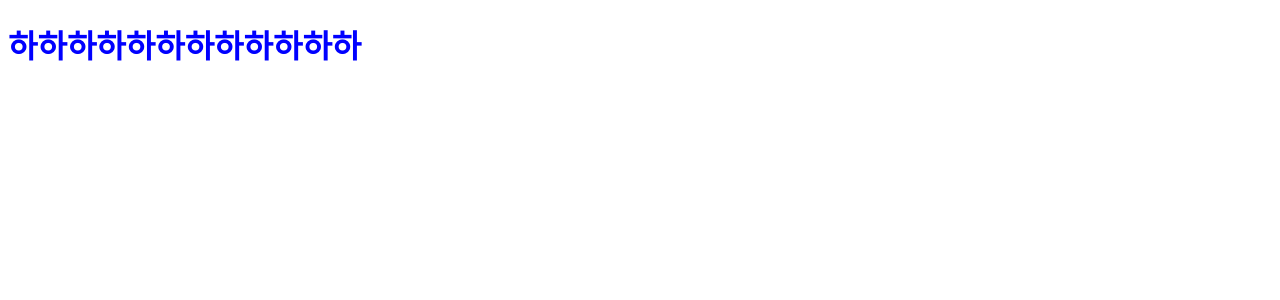
Repository: jun01270/F-E-practice
Page: index.html
The author's editor kept a copy of each file at every save. The page is drawn from the files as they stood at one save, then again after the next save.
The browser window is 1280 px wide. The pictures show the whole page.
After loading, the first visible `#laugh` was clicked once.

Above is the page before, as saved 2022-12-12 18:48:52.

### index.html
<!DOCTYPE html>
<html lang="en">
  <head>
    <meta charset="UTF-8" />
    <meta http-equiv="X-UA-Compatible" content="IE=edge" />
    <meta name="viewport" content="width=device-width, initial-scale=1.0" />
    <title>Document</title>
  </head>
  <body>
    <div class="first">
      <h1 id="laugh">HAHAHAHAHA</h1>
    </div>
    <script src="app.js"></script>
  </body>
</html>

### app.js
const title = document.querySelector(".first h1");

title.innerText = "하하하하하하하하하하하하";
console.log(title);

title.style.color = "blue";

function afterClick() {
  console.log("CLick!!!");
}

title.addEventListener("click", afterClick);

After the next save:
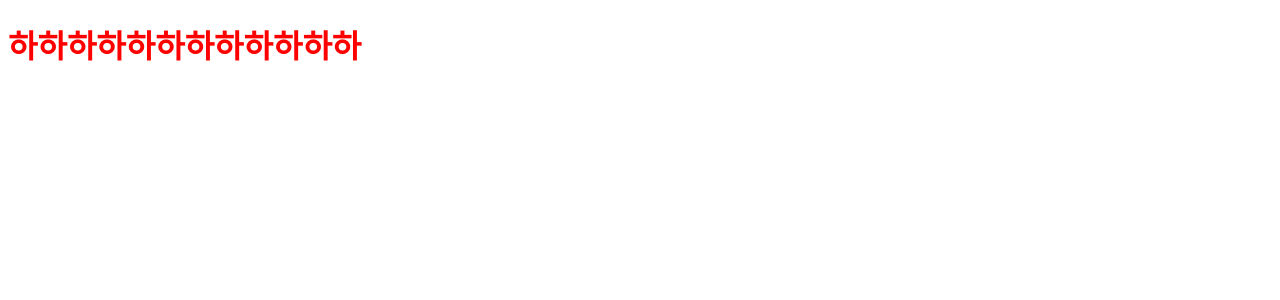
Saved 65 s later.
--- a/app.js
+++ b/app.js
@@ -7,6 +7,7 @@ title.style.color = "blue";
 
 function afterClick() {
   console.log("CLick!!!");
+  title.style.color = "red";
 }
 
 title.addEventListener("click", afterClick);
